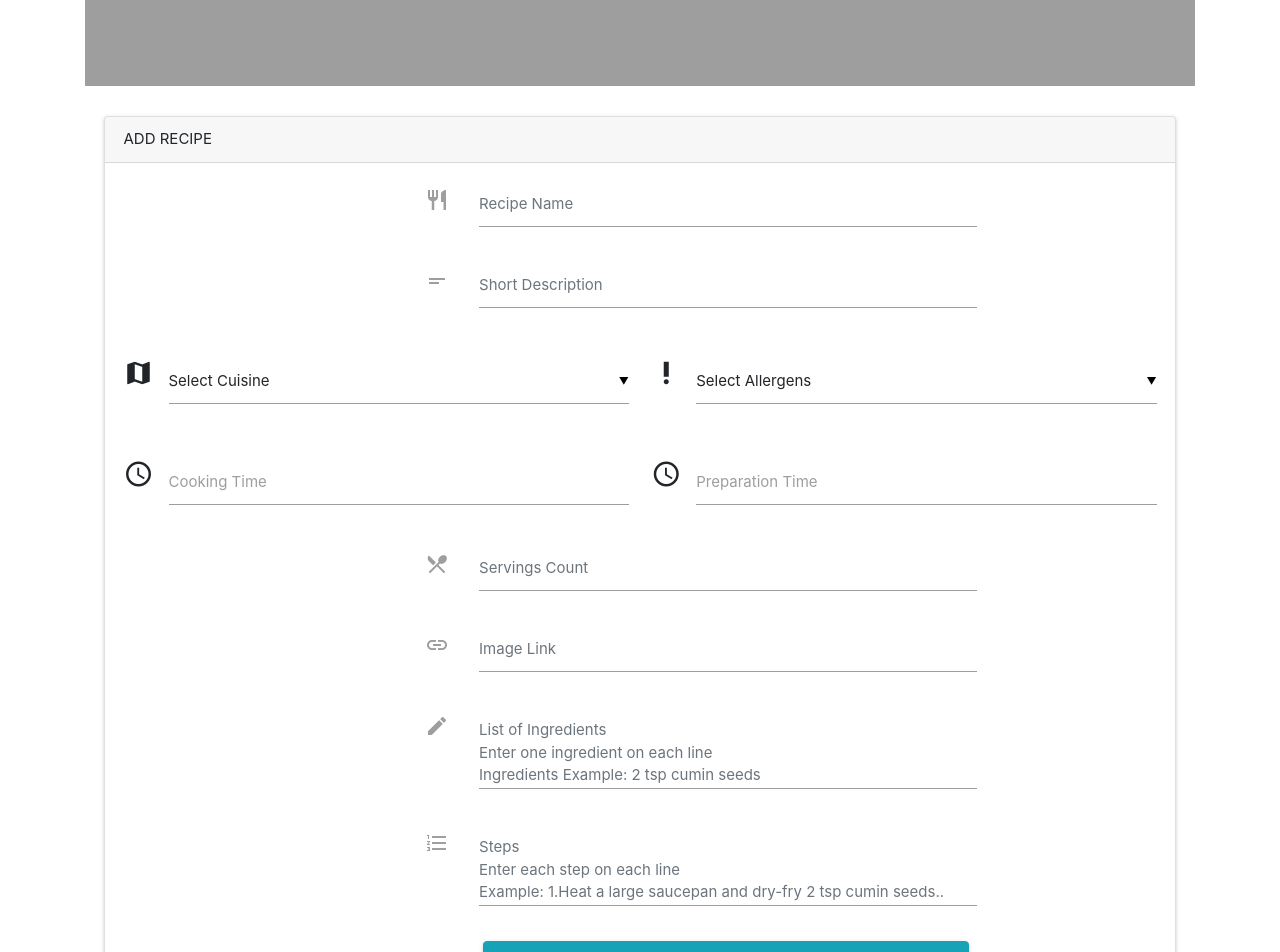
Repository: nadia-solution-tracker/sample-project-three
Page: http://localhost/add_recipe
The author's editor kept a record of every edit. The page is drawn from the files as they stood at one moment, then again after the next edit.
The browser window is 1280 px wide. The pictures show the part of the page from y = 249 to 1201 px (the page is 1416 px tall).
Pictures or frames that could not be fetched are drawn as grey boxes. Some web libraries are served in a nearby version. The page is served by the project's application, run on Flask 3 (app.py). Queries for data that is not in the repository find no rows.

Above is the page before.

After the next edit:
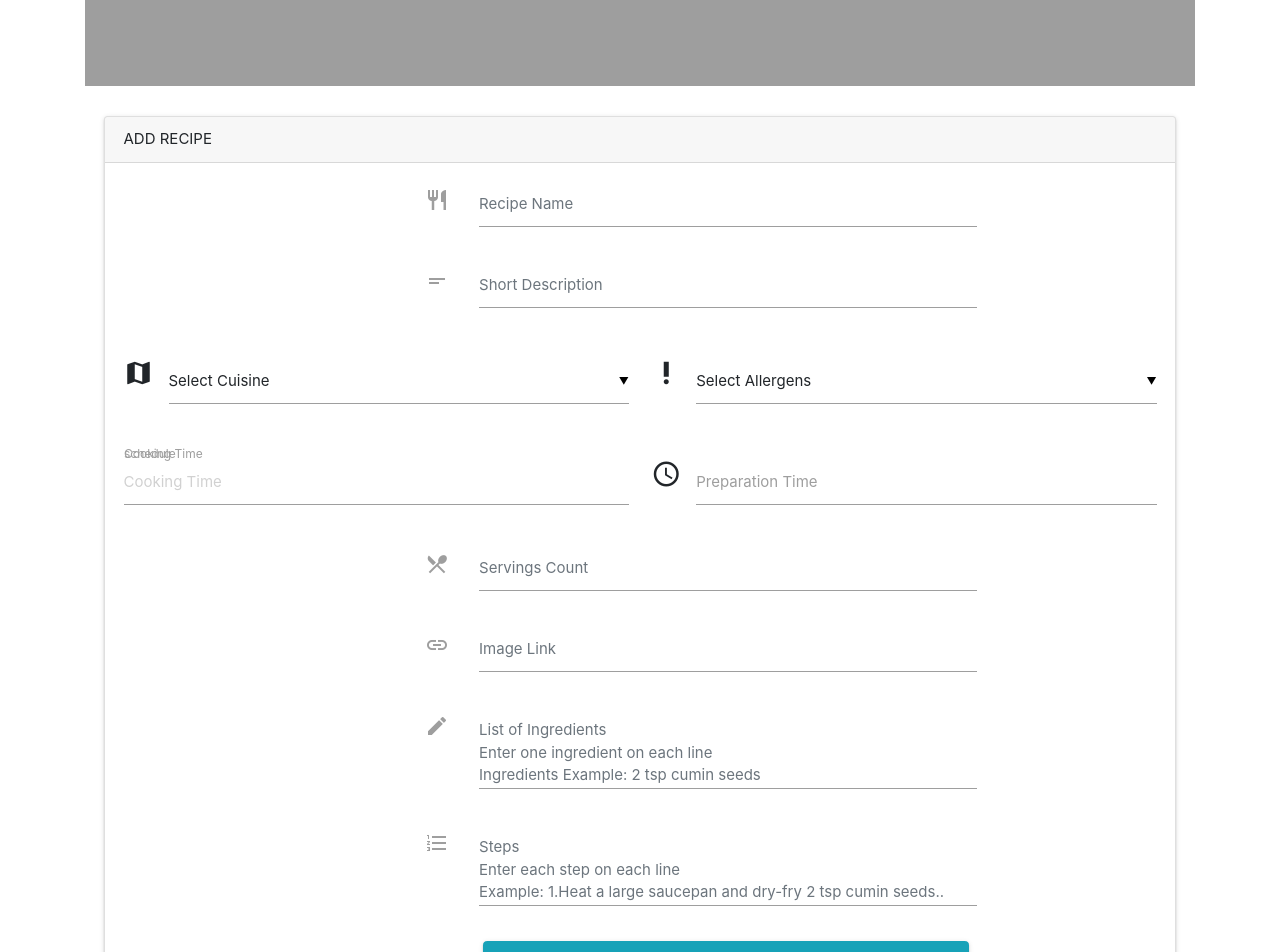
The edit:
--- a/templates/addrecipe.html
+++ b/templates/addrecipe.html
@@ -56,8 +56,8 @@
                                     <!--Cooking Time-->
                                 <div class="row">
                                       <div class="input-field col s12 m6">
-                                        <i class="material-icons prefix">schedule</i>
-                                        <input id="cooking_time" name="cooking_time" type="text" class="timepicker">
+                                        <label for="cooking_time><i class="material-icons prefix">schedule</i></label>
+                                        <input id="cooking_time" name="cooking_time" type="text" class="timepicker" placeholder="Cooking Time">
                                         <label>Cooking Time</label>
                                       </div>
                                     <!--Preparation Time-->
